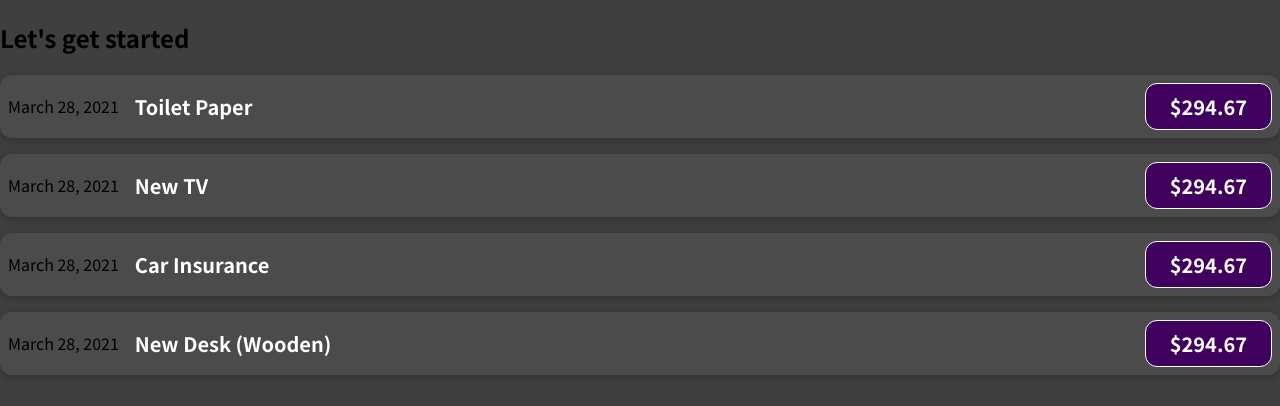
Repository: runner855/expense-tracker
Page: /
The author's editor kept a copy of each file at every save. The page is drawn from the files as they stood at one save, then again after the next save.
The browser window is 1280 px wide. The pictures show the whole page.
The project was rebuilt for these pictures with package versions that can differ from the ones it lists, and the page was loaded fresh each time.

Above is the page before, as saved 2022-09-02 12:09:00.

After the next save:
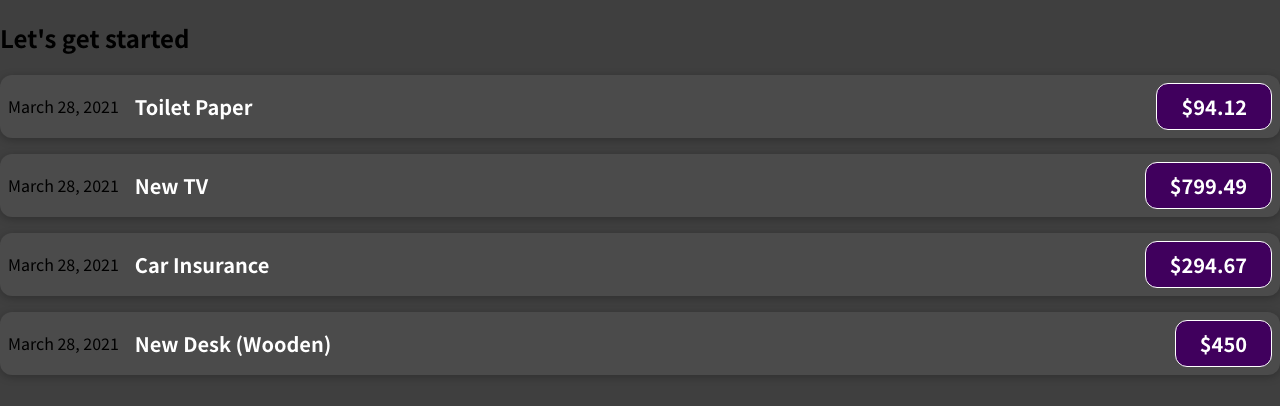
Saved 30 s later.
--- a/src/components/ExpenseItem.js
+++ b/src/components/ExpenseItem.js
@@ -14,7 +14,7 @@ const ExpenseItem = (props) => {
       <div>{formattedDate}</div>
       <div className='expense-item__description'>
         <h2>{props.title}</h2>
-        <div className='expense-item__price'>${expenseAmount}</div>
+        <div className='expense-item__price'>${props.amount}</div>
       </div>
     </div>
   );
